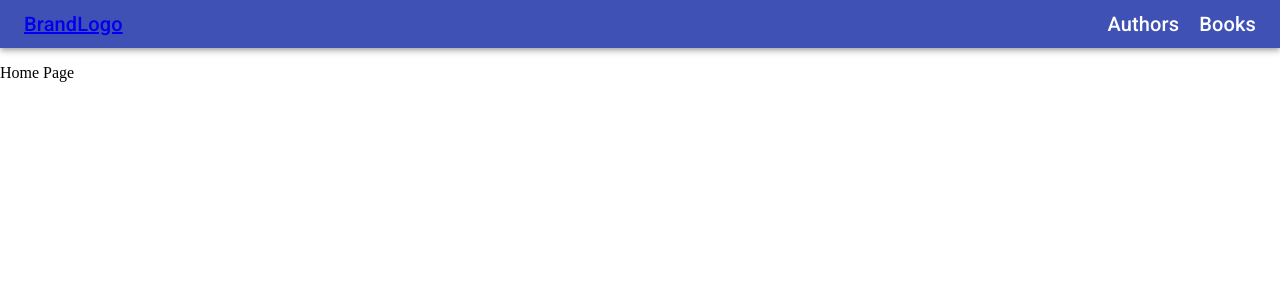
Repository: Sociophuck/00007494
Page: / (app in front/)
These files come from the project's save history. The page is drawn as it stood at one moment and after the next save; the edit follows.
The browser window is 1280 px wide. The pictures show the whole page.
The project was rebuilt for these pictures with package versions that can differ from the ones it lists, and the page was loaded fresh each time. Also part of the build but not shown: front/src/Author.js, front/src/App.css, front/src/Book.js.

Above is the page before, as saved 2021-04-04 11:07:46.

### front/src/index.css
body {
  margin: 0;
}

.header-links {
  display: flex;
}
.header-links > a {
  margin-left: 20px;
  text-decoration: none;
  color: white;
}
.header-links > a:hover {
  color: turquoise;
}

### front/src/App.js
import Author from "./Author";
import "./App.css";
import { BrowserRouter as Router, Route, Switch } from "react-router-dom";
import Book from "./Book";
import Home from "./Home";
import NavBar from "./NavBar";

function App() {
  return (
    <Router>
      <div className="App">
        <NavBar />
        <div>
          <Switch>
            <Route exact path="/">
              <Home />
            </Route>
            <Route path="/authors">
              <Author />
            </Route>
            <Route path="/books">
              <Book />
            </Route>
          </Switch>
        </div>
      </div>
    </Router>
  );
}

export default App;

### front/src/Home.js
function Home() {
  return (
    <div>
      <p>Home Page</p>
    </div>
  );
}

export default Home;

### front/src/NavBar.js
import { Link } from "react-router-dom";
import React from "react";
import { makeStyles } from "@material-ui/core/styles";
import AppBar from "@material-ui/core/AppBar";
import Toolbar from "@material-ui/core/Toolbar";
import Typography from "@material-ui/core/Typography";

const useStyles = makeStyles((theme) => ({
  root: {
    flexGrow: 1,
    color: "",
  },
  logo: {
    flexGrow: 1,
  },
}));

function NavBar() {
  const classes = useStyles();

  return (
    <div className={classes.root}>
      <AppBar position="static">
        <Toolbar variant="dense">
          <Typography className={classes.logo} variant="h6">
            <Link to="/" className="link">
              BrandLogo
            </Link>
          </Typography>

          <div className="header-links">
            <Link to="/authors">
              <Typography variant="h6" color="inherit">
                Authors
              </Typography>
            </Link>
            <Link to="/books">
              <Typography variant="h6" color="inherit">
                Books
              </Typography>
            </Link>
          </div>
        </Toolbar>
      </AppBar>
    </div>
  );
}

export default NavBar;

Loaded but not shown: front/public/index.html (common file); front/src/index.js (common file)

After the next save:
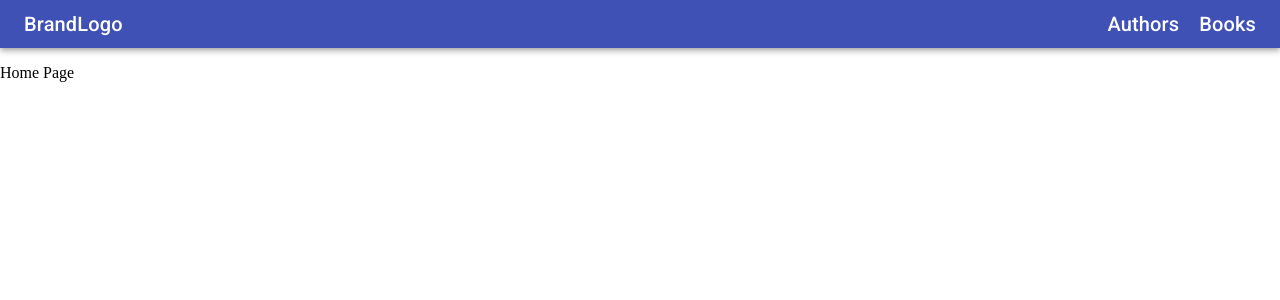
Saved 11 s later.
--- a/front/src/index.css
+++ b/front/src/index.css
@@ -13,3 +13,8 @@ body {
 .header-links > a:hover {
   color: turquoise;
 }
+
+.link {
+  text-decoration: none;
+  color: white;
+}
